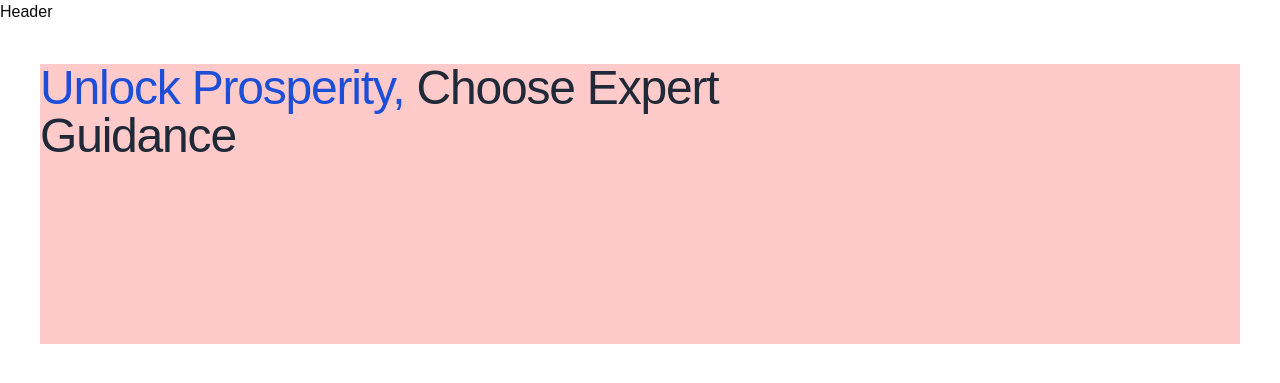
Repository: vespersolutionspk18/integrast-website
Page: /
The author's editor kept a copy of each file at every save. The page is drawn from the files as they stood at one save, then again after the next save.
The browser window is 1280 px wide. The pictures show the whole page.
The project was rebuilt for these pictures with package versions that can differ from the ones it lists, and the page was loaded fresh each time. The framework's server and built-in components were replaced by stand-ins that run in the browser. Also part of the build but not shown: next.config.ts.

Above is the page before, as saved 2024-12-09 14:43:34.

After the next save:
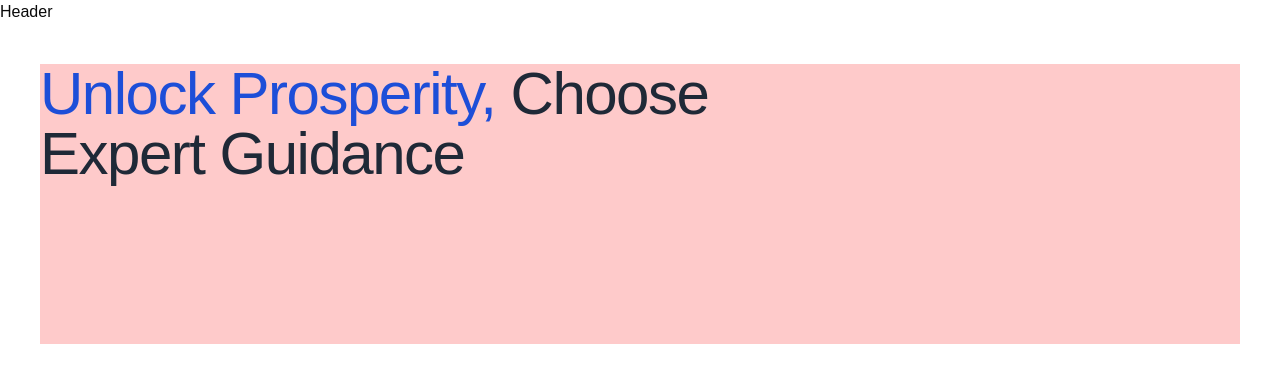
Saved 13 s later.
--- a/app/Hero.tsx
+++ b/app/Hero.tsx
@@ -5,7 +5,7 @@ const Hero = () => {
     <div className="flex flex-col p-10 ">
         <div className="flex flex-row h-[280px] bg-red-200">
             <div className="w-[60%] flex flex-col">
-                <h1 className="font-light text-5xl text-blue-700 tracking-tight">Unlock Prosperity, <span className="text-gray-800">Choose Expert Guidance</span></h1>
+                <h1 className="font-light text-6xl text-blue-700 tracking-tight">Unlock Prosperity, <span className="text-gray-800">Choose Expert Guidance</span></h1>
             </div>
         </div>
     </div>
